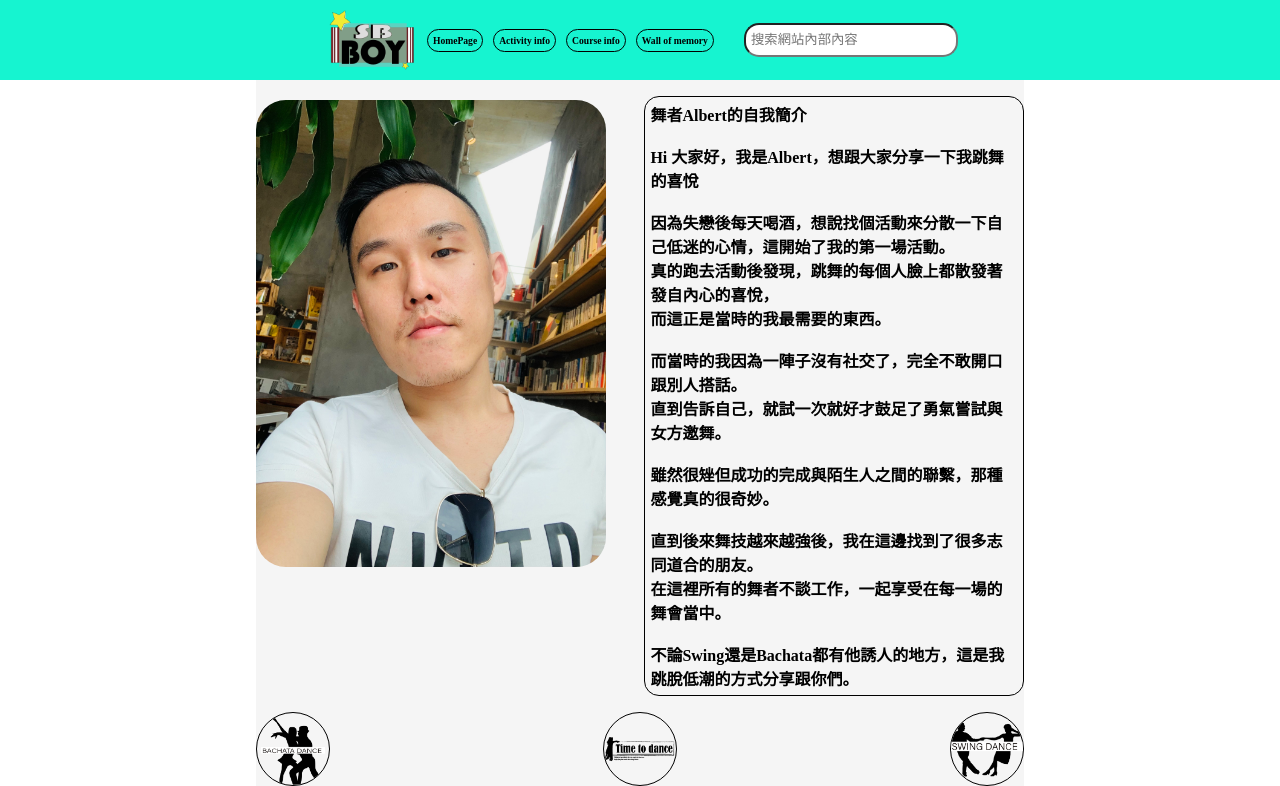
Repository: AlbertKoii/0718_Learning_Javascript
Page: aboutme/aboutme_try.html
These files come from the project's save history. The page is drawn as it stood at one moment and after the next save; the edit follows.
The browser window is 1280 px wide. The pictures show the whole page.

Above is the page before, as saved 2023-07-26 13:40:26.
Not found: aboutme/script.js

After the next save:
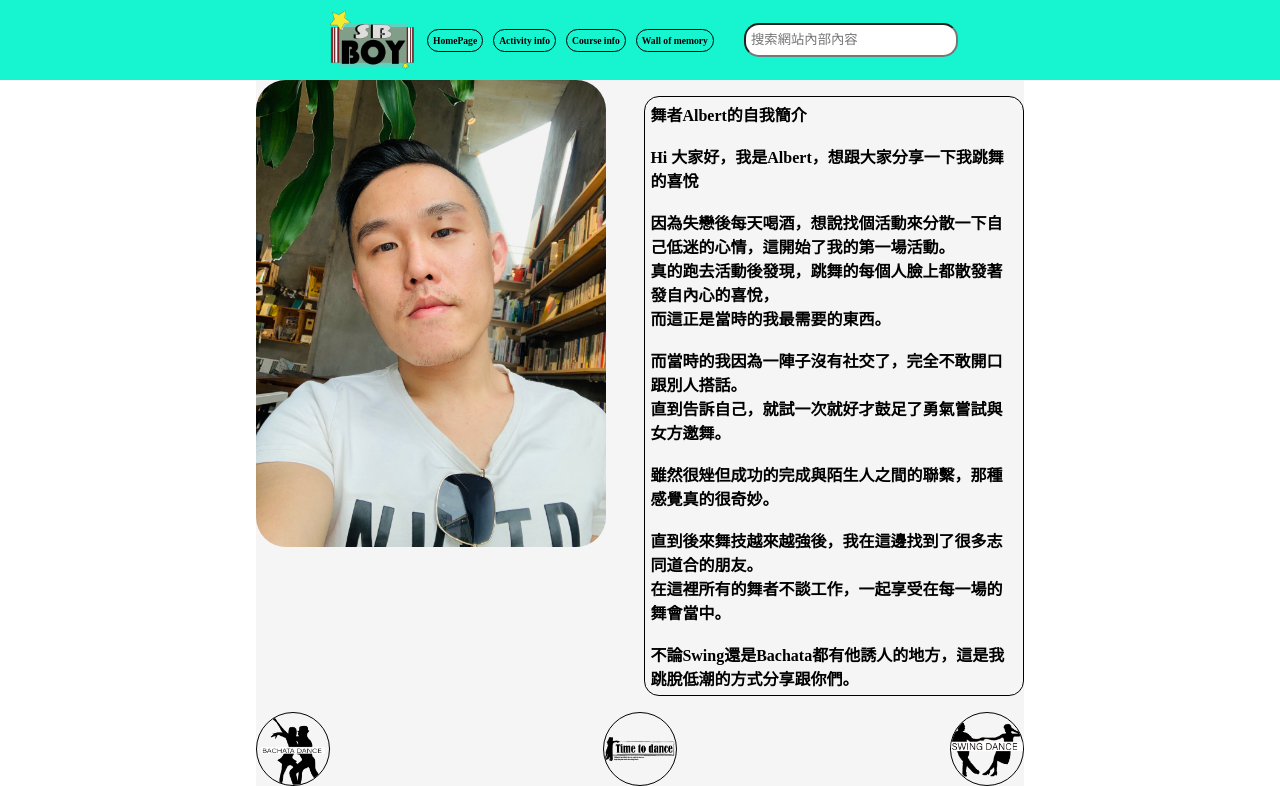
Saved 7 s later.
--- a/aboutme/aboutme.try.css
+++ b/aboutme/aboutme.try.css
@@ -62,7 +62,6 @@
 }
 .left{
     width: 350px;
-    margin-top: 20px;
 }
 
 .left img {

After the save that followed:
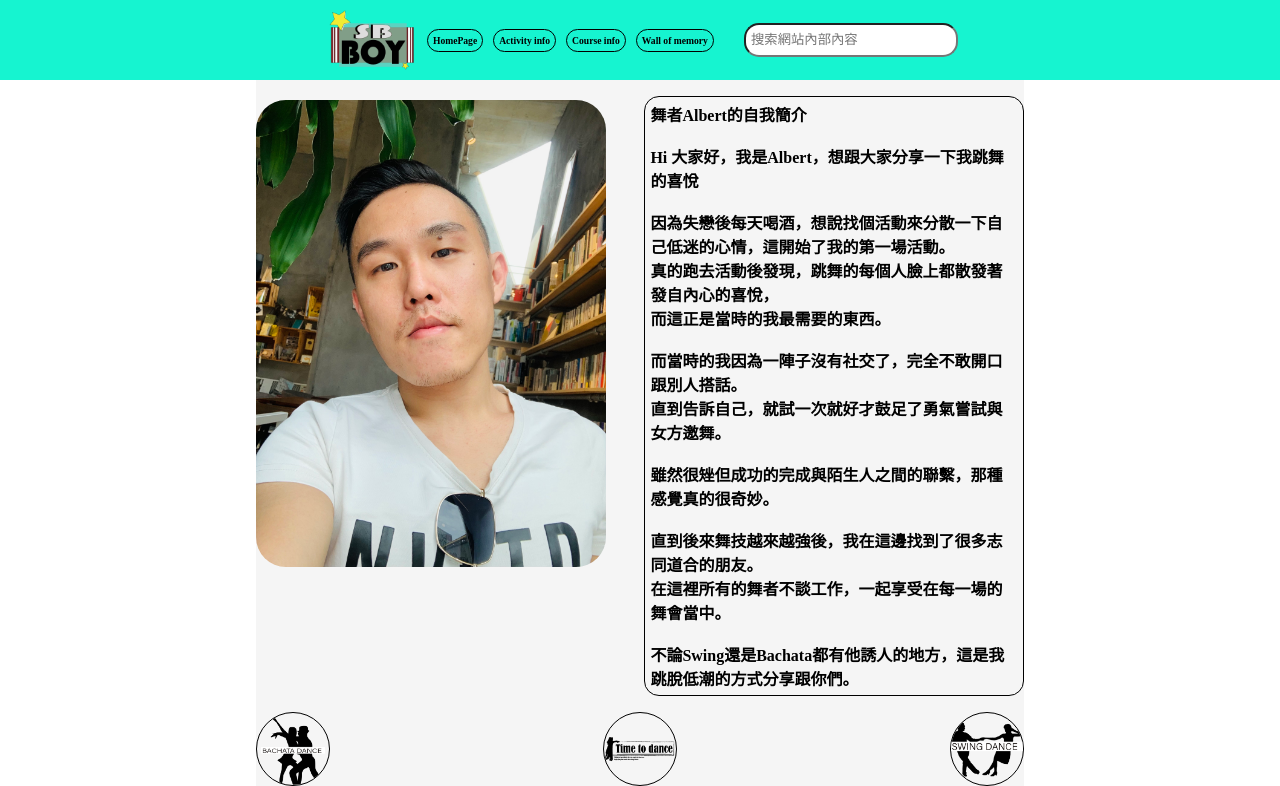
Saved 4 s later.
--- a/aboutme/aboutme.try.css
+++ b/aboutme/aboutme.try.css
@@ -66,7 +66,7 @@
 
 .left img {
     width: 350px;
-
+    margin-top: 20px;
     height: auto;
     object-fit: cover;
     border-radius: 30px;
